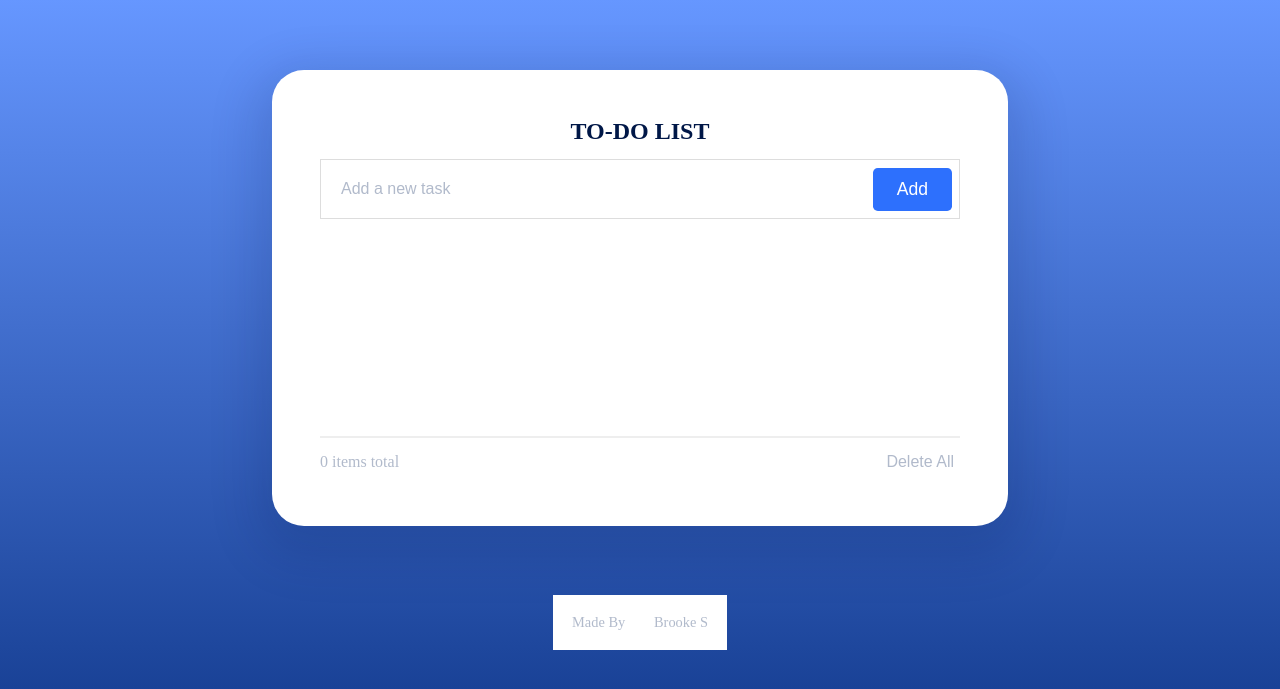
Repository: Bsharpenski/mini-movi-list
Page: workshop/fund3/index.html
The author's editor kept a copy of each file at every save. The page is drawn from the files as they stood at one save, then again after the next save.
The browser window is 1280 px wide. The pictures show the whole page.

Above is the page before, as saved 2025-02-04 23:05:15.

After the next save:
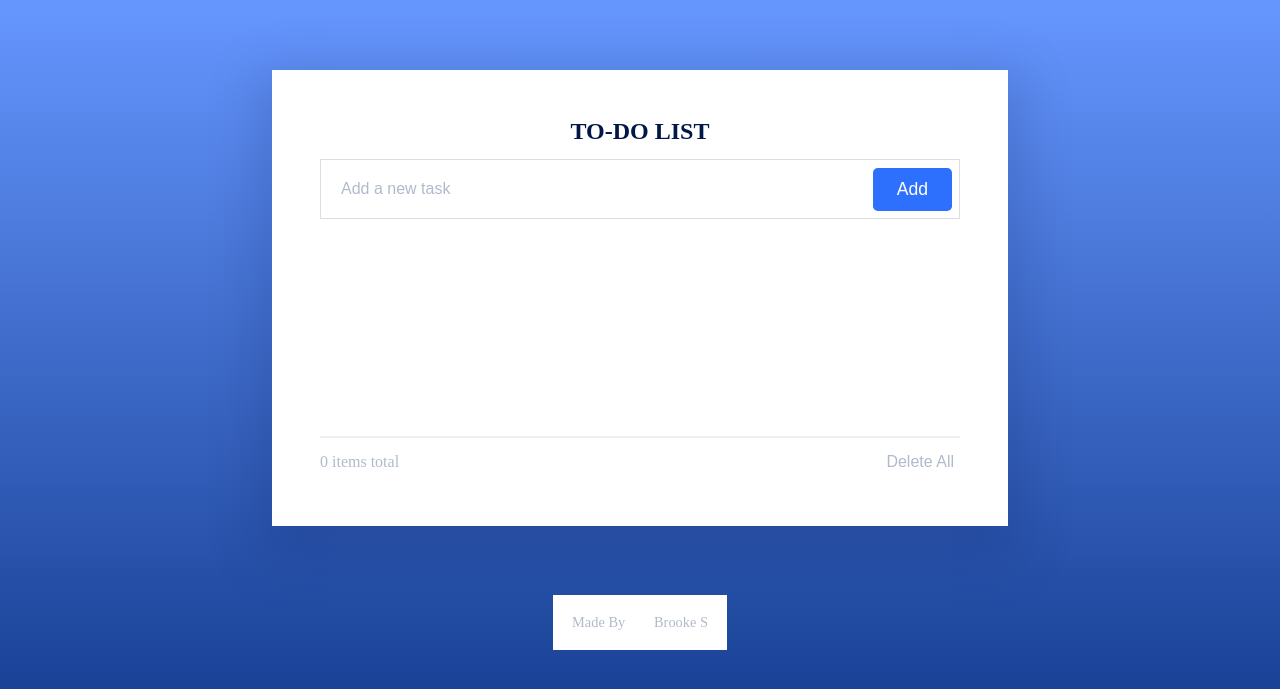
Saved 18 s later.
--- a/workshop/fund3/style.css
+++ b/workshop/fund3/style.css
@@ -52,7 +52,7 @@ p{
     display: flex;
     flex-direction:column;
     justify-content: space-around;
-    border-radius: 2rem;
+    border-radius: ;
     background: var(--white);
     padding: 3rem;
     height: 50%;
